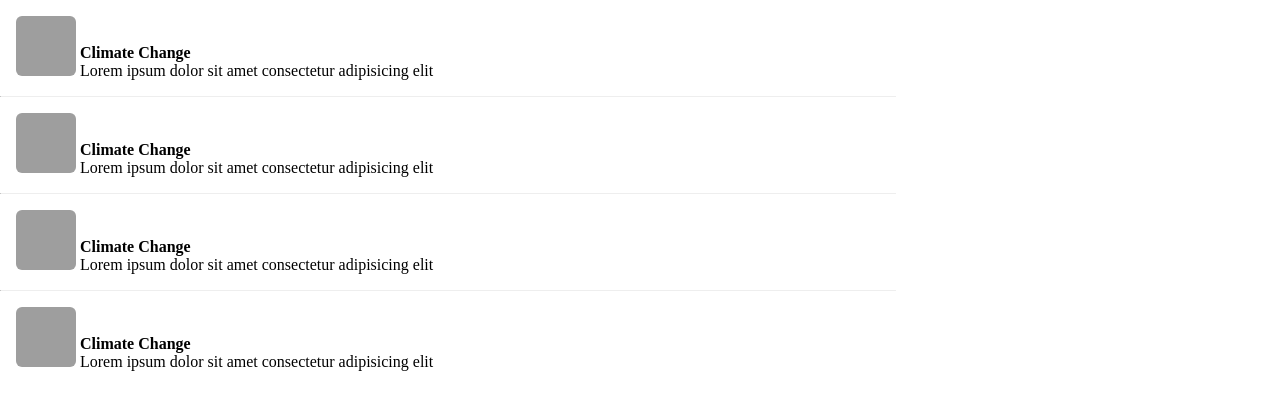
Repository: longNT0dev/C4E132
Page: SS3/index.html
These files come from the project's save history. The page is drawn as it stood at one moment and after the next save; the edit follows.
The browser window is 1280 px wide. The pictures show the whole page.
Pictures or frames that could not be fetched are drawn as grey boxes.

Above is the page before, as saved 2022-09-28 22:04:08.

After the next save:
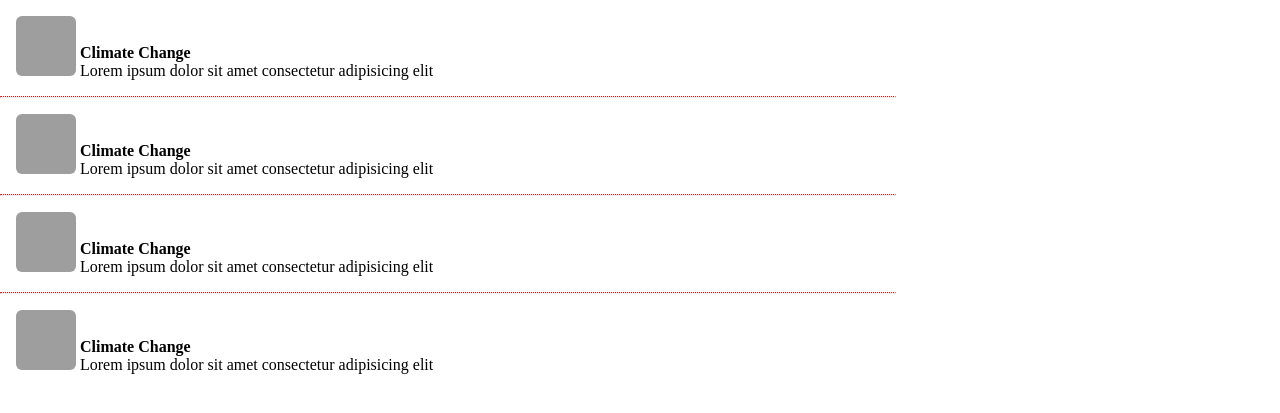
Saved 6 s later.
--- a/SS3/style.css
+++ b/SS3/style.css
@@ -34,7 +34,7 @@
 }
 
 .container hr {
-    border-top: 1px ;
+    border-top: 1px dotted red;
 }
 
 .item {
